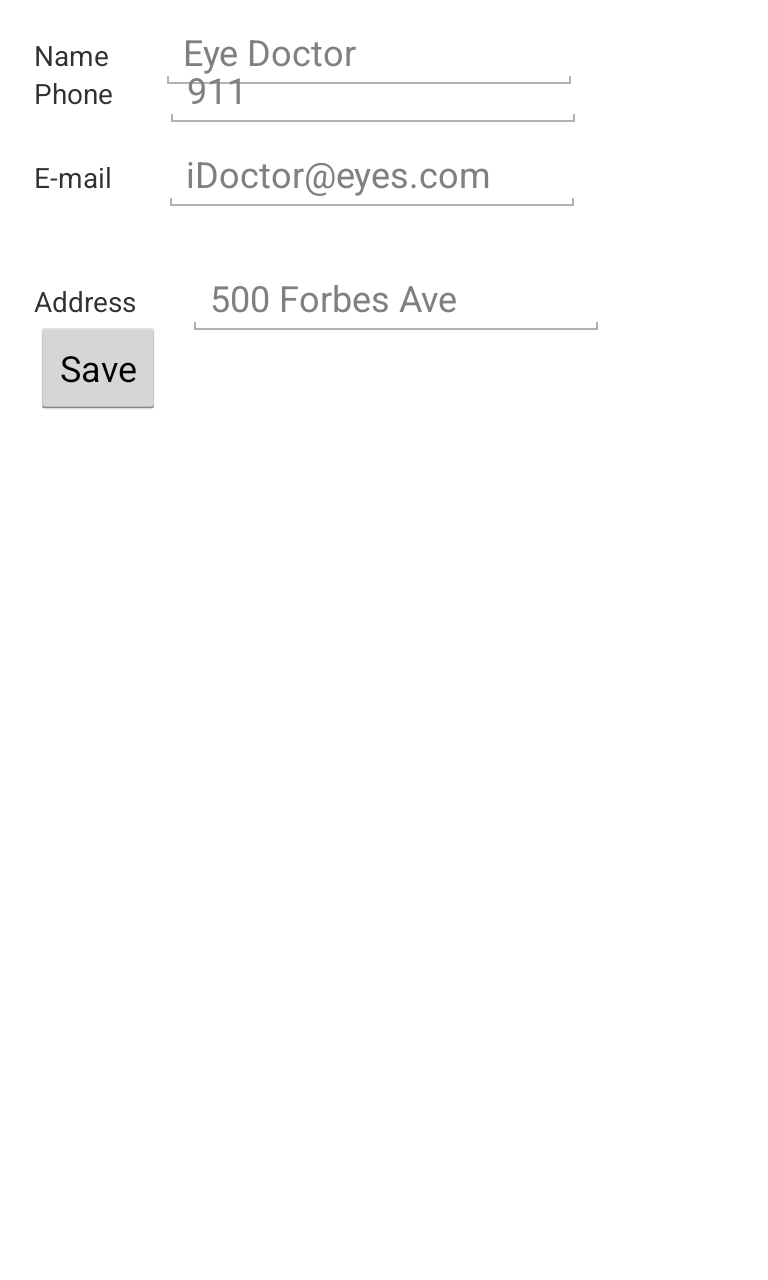
Repository: ranika/pilltracker
Layout: PillTracker/res/layout/f_doctors_doctoreditactivity.xml
An editor plug-in stored every save of this project. The layout is shown before and after the next save, followed by the edit.
It is drawn on a 768 x 1280 px phone screen (xhdpi) without system bars, with theme AppTheme; the app's code is not run.

Above is the layout before, as saved 2014-04-21 03:31:13.

After the next save:
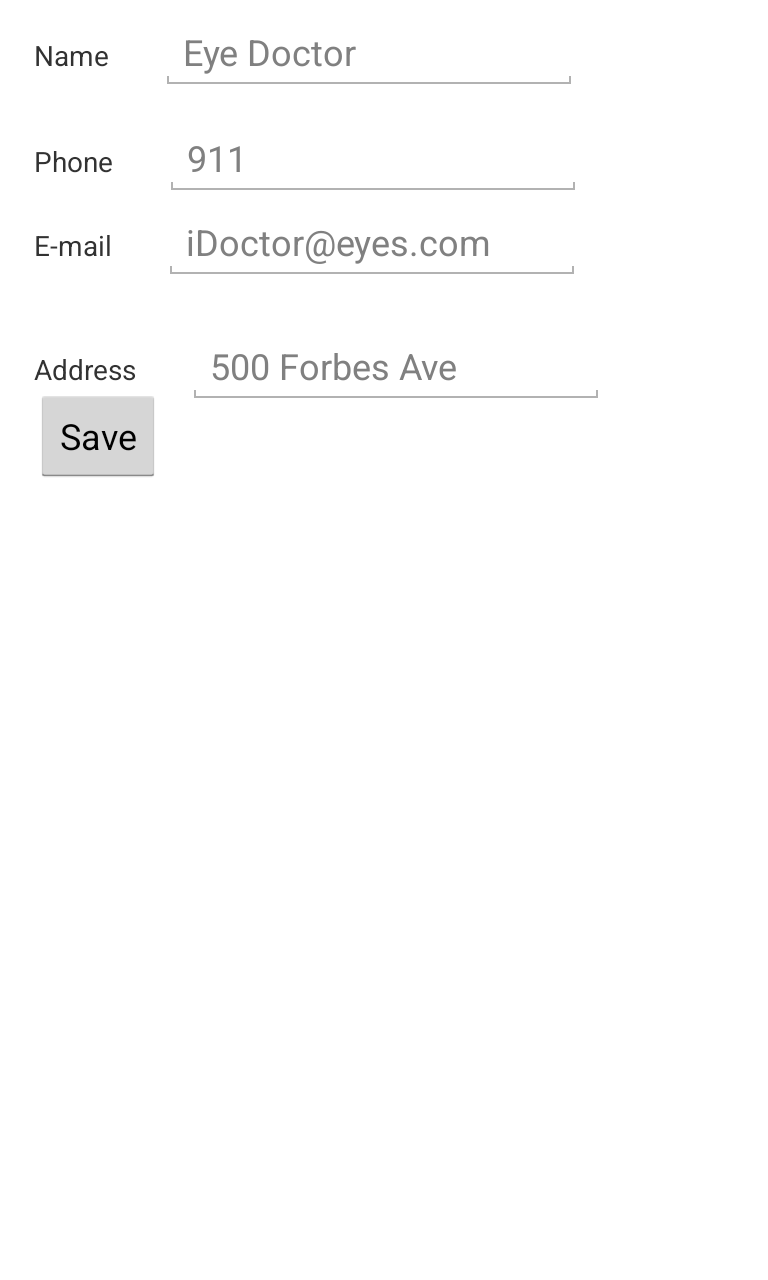
Saved 33 s later.
--- a/PillTracker/res/layout/f_doctors_doctoreditactivity.xml
+++ b/PillTracker/res/layout/f_doctors_doctoreditactivity.xml
@@ -76,6 +76,7 @@
         android:layout_width="wrap_content"
         android:layout_height="wrap_content"
         android:layout_marginLeft="17dp"
+        android:layout_marginTop="34dp"
         android:layout_below="@+id/textView1"
         android:text="@string/phone" />
 
